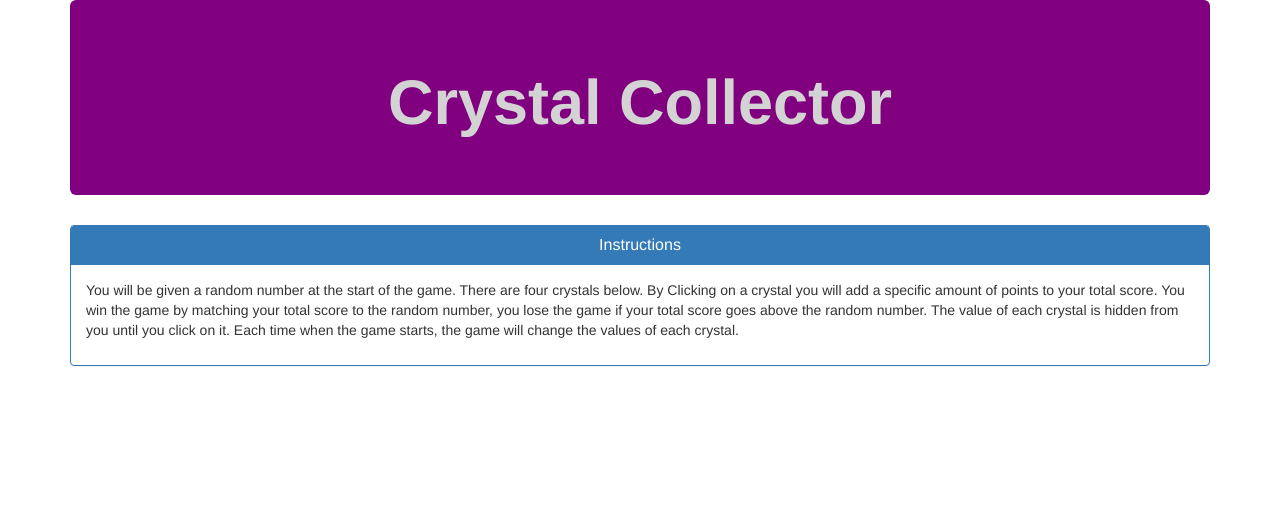
Repository: mikecherry1/week-4-game
Page: index.html
An editor plug-in stored every save of this project. The page is shown before and after the next save, followed by the edit.
The browser window is 1280 px wide. The pictures show the whole page.

Above is the page before, as saved 2017-11-19 18:29:59.

### index.html
<!doctype html>
<html lang="en">
  <head>

    <!-- Required meta tags -->
    <meta charset="utf-8">
    <meta name="viewport" content="width=device-width, initial-scale=1, shrink-to-fit=no">

    <!-- Bootstrap CSS -->
    <link rel="stylesheet" <link href="https://maxcdn.bootstrapcdn.com/bootstrap/3.3.7/css/bootstrap.min.css" rel="stylesheet" integrity="sha384-BVYiiSIFeK1dGmJRAkycuHAHRg32OmUcww7on3RYdg4Va+PmSTsz/K68vbdEjh4u"
        crossorigin="anonymous">
  </head>
  <body>

    <div class="container">

        <div class="jumbotron" style= "background-color: purple; color: lightgrey;">
        <div class="container">
            <h1 class="text-center"><strong>Crystal Collector</strong></h1>
        </div>
    </div>

    <div class="row">
        <div class="col-lg-12">
            <div class="panel panel-primary">
                <div class="panel-heading">
                    <h3 class="panel-title text-center">Instructions</h3>
                </div>
                <div class="panel-body">
                    <p>You will be given a random number at the start of the game. There are four crystals below. By Clicking on a crystal you will add a specific amount of points to your total score. You win the game by matching your total score to the random number, you lose the game if your total score goes above the random number. The value of each crystal is hidden from you until you click on it. Each time when the game starts, the game will change the values of each crystal.</p>
            </div>
        </div>
    </div>

    </div>



  </body>
</html>

After the next save:
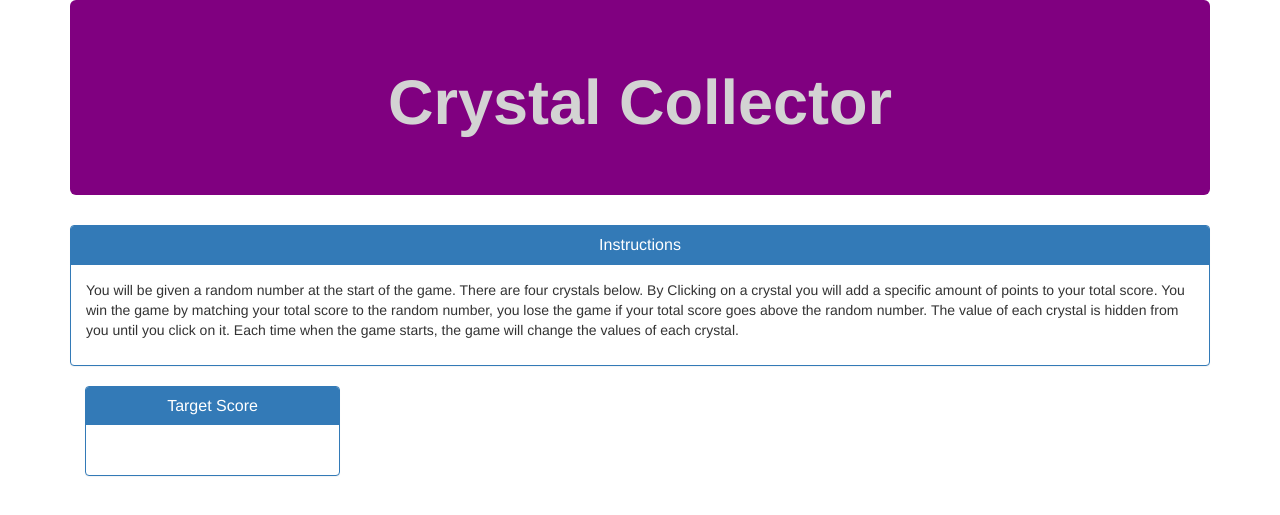
Saved 2 min 53 s later.
--- a/index.html
+++ b/index.html
@@ -34,6 +34,22 @@
 
     </div>
 
+    <div class="col-lg-3">
+
+        <div class="panel panel-primary">
+            <div class="panel-heading">
+                <h3 class="panel-title text-center">Target Score</h3>
+            </div>
+            <div class="panel-body">
+                <h3
+
+            </div>
+
+
+
+        </div>
+
+    </div>
 
 
   </body>
